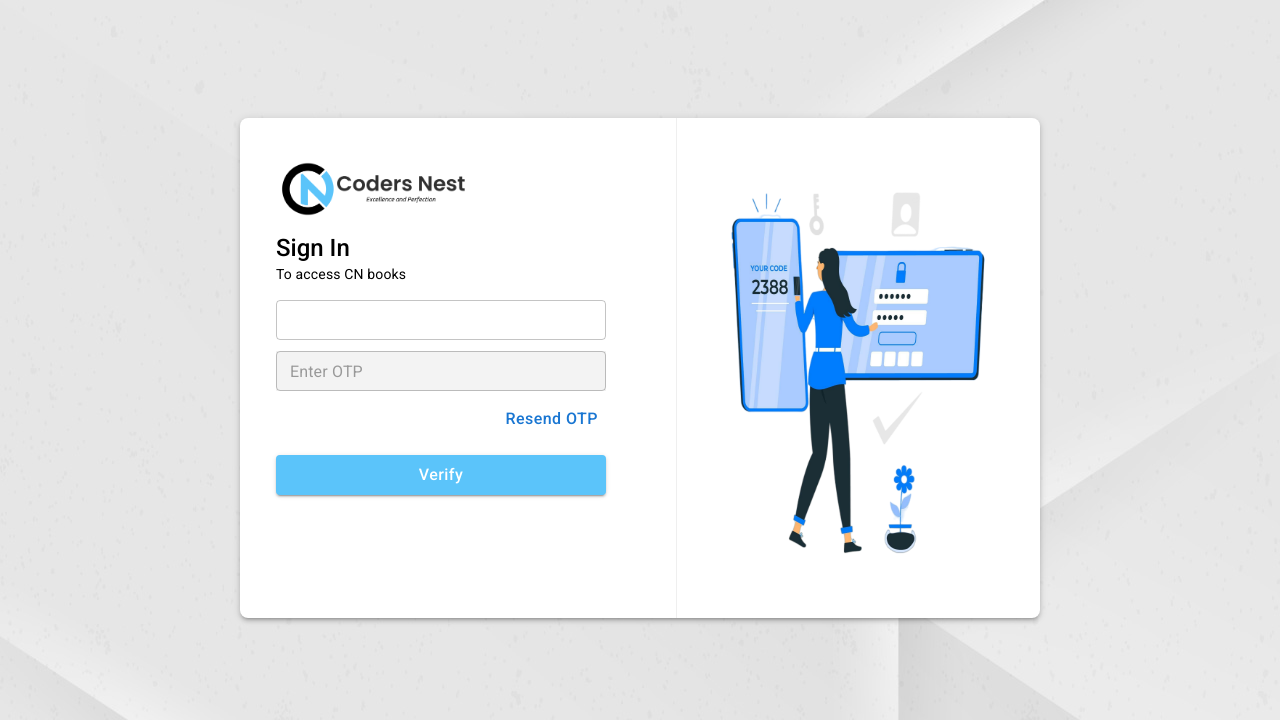
Repository: wajahadalishaik04/CN_Books
Page: /otpscreen
An editor plug-in stored every save of this project. The page is shown before and after the next save, followed by the edit.
The browser window is 1280 px wide. The pictures show the whole page.
The project was rebuilt for these pictures with package versions that can differ from the ones it lists, and the page was loaded fresh each time. Also part of the build but not shown: vite.config.js, src/pages/LoginScreen.jsx, src/pages/Signin.jsx, src/pages/SignUp.jsx, src/pages/VerifyScreen.jsx, src/components/Header.jsx, src/components/SideBar.jsx, src/components/Content.jsx and 7 more.

Above is the page before, as saved 2024-09-30 17:38:02.

### index.html
<!DOCTYPE html>
<html lang="en">
  <head>
    <meta charset="UTF-8" />
    <link rel="preconnect" href="https://fonts.googleapis.com" />
    <link rel="preconnect" href="https://fonts.gstatic.com" crossorigin />
    <link
      rel="stylesheet"
      href="https://fonts.googleapis.com/css2?family=Roboto:wght@300;400;500;700&display=swap"
    />

    <meta name="viewport" content="width=device-width, initial-scale=1.0" />
    <title>CN_BOOKS</title>
  </head>
  <body>

    <div id="root"></div>
    <script type="module" src="/src/main.jsx"></script>
  </body>
</html>

### src/main.jsx
import { createRoot } from 'react-dom/client'
import App from './App.jsx'
import { Provider } from 'react-redux'
import store from './store/store.js'
import './styles/index.css'
createRoot(document.getElementById('root')).render(
 <Provider store={store}>
   <App />
 </Provider>
)

### src/App.jsx
import React from "react";
import LoginScreen from "./pages/LoginScreen";
import { BrowserRouter, Routes, Route, Navigate } from "react-router-dom";
import Signin from "./pages/Signin";
import { useSelector } from "react-redux";
import OtpScreen from "./pages/OtpScreen";
import SignUp from "./pages/SignUp";
import VerifyScreen from "./pages/VerifyScreen";
import DashboardScreen from "./pages/DashboardScreen";
import SideBar from "./components/SideBar";
import Header from "./components/Header";
import Customer from "./pages/Customer";
import WrapComponent from "./pages/WrapComponent";
import Category from "./pages/Category";
import NewCustomer from "./pages/customerscreens/NewCustomer";

const App = () => {
  const { user } = useSelector((e) => e.userReducer);
  return (
    <>
      <BrowserRouter>
        <Routes>
          <Route element={<WrapComponent />}>
            <Route path="/dashboardscreen" element={<DashboardScreen />} />
            <Route path="/customer" element={<Customer />} />
            <Route path="/category" element={<Category />} />
            <Route path="/newcustomer" element={<NewCustomer />} />

          </Route>
          <Route
            path="/"
            element={<Navigate to={user ? "/signin" : "/LoginScreen"} />}
          />
          <Route
            path="/signin"
            element={user ? <Navigate to={"/dashboardscreen"} /> : <Signin />}
          />
          <Route path="/loginscreen" element={<LoginScreen />} />
          <Route path="/otpscreen" element={<OtpScreen />} />
          <Route path="/signup" element={<SignUp />} />
          <Route path="/verifyscreen" element={<VerifyScreen />} />
        </Routes>
      </BrowserRouter>
    </>
  );
};

export default App;

### src/store/store.js
import { configureStore } from "@reduxjs/toolkit";
import { userReducer } from "./reducer";

const store = configureStore({
    reducer:{userReducer}
})
export default store;

### src/styles/index.css
*
{
    margin: 0;
    padding: 0;
    border: none;

}
.img
{
    background-color: red;
    background-clip: content-box;
    -webkit-background-clip: content-box;
    visibility: hidden;
}

### src/pages/OtpScreen.jsx
import React, { useState, useEffect } from "react";
import {
  Box,
  Button,
  TextField,
  Typography,
  Snackbar,
  Alert,
  styled,
} from "@mui/material";
import { images } from "../utils/ImgUtils";
import { useLocation, useNavigate } from "react-router-dom";

const OtpScreen = () => {
  const [otp, setOtp] = useState(""); // Store entered OTP
  const [sentOtp, setSentOtp] = useState(""); // Store generated OTP
  const [error, setError] = useState(""); // Store error messages
  const [resendDisabled, setResendDisabled] = useState(false); // Timer control for Resend OTP button
  const [snackbarOpen, setSnackbarOpen] = useState(false); // Snackbar control
  const [snackbarMessage, setSnackbarMessage] = useState(""); // Snackbar message
  const [timer, setTimer] = useState(0); // Timer state for Resend button

  const navigate = useNavigate();
  const location = useLocation();
  const { emailMobile } = location.state || {};

  // Styled Resend Button
  const ResendOtp = styled(Button)({
    textTransform: "none",
    fontSize: "1rem",
  });

  // Function to generate OTP
  const generateOtp = () => {
    const randomOtp = Math.floor(100000 + Math.random() * 900000).toString(); // Generate a 6-digit OTP
    setSentOtp(randomOtp); // Store the OTP
    return randomOtp;
  };

  // Function to show snackbar
  const handleSnackbarOpen = (message) => {
    setSnackbarMessage(message);
    setSnackbarOpen(true);
  };

  const handleSnackbarClose = () => {
    setSnackbarOpen(false);
  };

  // Function to send OTP (called on "Sent" button click)
  const sendOtp = () => {
    const otp = generateOtp(); // Generate OTP locally
    handleSnackbarOpen(`OTP: ${otp}`); // Show OTP in snackbar
  };

  // Resend OTP with 30-second timer
  const handleResendOtp = () => {
    sendOtp(); // Generate and display the OTP
    setResendDisabled(true);
    setTimer(30); // Set the countdown timer to 30 seconds
  };

  // Timer countdown for the Resend button
  useEffect(() => {
    if (timer > 0) {
      const countdown = setInterval(() => {
        setTimer((prev) => prev - 1);
      }, 1000);

      return () => clearInterval(countdown);
    } else {
      setResendDisabled(false); // Enable the Resend button after timer ends
    }
  }, [timer]);

  // Handle OTP submission and verification
  const handleSubmit = () => {
    if (!otp) {
      setError("OTP is required."); // Show error if no OTP is entered
    } else if (otp !== sentOtp) {
      setError("Invalid OTP. Please try again.");
    } else {
      setError(""); // Clear error on successful OTP
      navigate("/dashboardscreen"); // Navigate to the next screen
    }
  };

  return (
    <Box
      display="flex"
      justifyContent="center"
      alignItems="center"
      width="100%"
      height="100vh"
      sx={{ backgroundImage: "url(/images/BackgroundImg.jpeg)" }}
    >
      <Box
        display="flex"
        bgcolor="#fff"
        boxShadow={3}
        marginTop={2}
        borderRadius="8px"
        overflow="hidden"
        width="800px"
        height="500px"
      >
        {/* Left Side - OTP Form */}
        <Box flex={1} p={4.5} mt={1} component={"form"}>
          <Box flex={1} sx={{ width: "330px" }}>
            <Box display="flex" justifyContent="space-between" alignItems="center">
              <img src={images.codersnestLogo} alt="Logo" style={{ width: 200 }} />
            </Box>
            <Typography variant="h5" fontWeight={500} mt={2}>
              Sign In
            </Typography>
            <Typography variant="body2" color="default" mb={2}>
              To access CN books
            </Typography>

            <TextField
              sx={{ marginBottom: 1.4 }}
              size="small"
              fullWidth
              defaultValue={emailMobile}
              InputProps={{ readOnly: true }} // Read-only input for email/mobile
            />

            <TextField
              size="small"
              type="text"
              placeholder="Enter OTP"
              fullWidth
              value={otp}
              onChange={(e) => setOtp(e.target.value)}
              sx={{
                fontWeight: "500",
                backgroundColor: "#F3F3F3",
                "&:hover": {
                  backgroundColor: "#FFF",
                },
                "& .MuiOutlinedInput-root": {
                  "&.Mui-focused": {
                    backgroundColor: "#EBF9FF",
                    borderColor: "#5BC4FA",
                  },
                },
              }}
              error={!!error} // Show error if there is any
              helperText={error}
            />

            {/* Resend OTP button with timer */}
            <Box sx={{ display: "flex", justifyContent: "flex-end", mt: 1 }}>
              <ResendOtp onClick={handleResendOtp} disabled={resendDisabled}>
                Resend OTP {resendDisabled && `(${timer}s)`}
              </ResendOtp>
            </Box>

            {/* Verify Button */}
            <Button
              onClick={handleSubmit}
              variant="contained"
              fullWidth
              sx={{
                backgroundColor: "#5BC4FA",
                mt: 2,
                textTransform: "none",
                fontSize: "1rem",
              }}
            >
              Verify
            </Button>

            {/* Snackbar for OTP display */}
            <Snackbar
              open={snackbarOpen}
              autoHideDuration={3000}
              onClose={handleSnackbarClose}
              anchorOrigin={{ vertical: "top", horizontal: "center" }}
            >
              <Alert onClose={handleSnackbarClose} severity="info" sx={{ width: "100%" }}>
                {snackbarMessage}
              </Alert>
            </Snackbar>
          </Box>
        </Box>
        <Box sx={{ borderRight: "1.5px solid #EFEFEF" }}></Box>

        {/* Right Side - Illustration Image */}
        <Box
          flex={1}
          display="flex"
          justifyContent="center"
          alignItems="center"
          sx={{ display: { xs: "none", sm: "flex" } }}
        >
          <img src={images.otpImg} alt="Illustration" width="100%" height="100%" objectFit />
        </Box>
      </Box>
    </Box>
  );
};

export default OtpScreen;

### src/store/reducer.js
import { createReducer } from "@reduxjs/toolkit";

export const userReducer = createReducer({user:null},(builder)=>
{
    builder.addCase("loginUser",(state,action)=>
    {
        state.user = action.payload
    })
})

### src/utils/ImgUtils.js
export const images ={
    backgroundImg:"./images/BackgroundImg.jpeg",
    codersnest:"./images/codersnest.png",
    codersnestLogo:"./images/codersnest1.png",
    loginImg:"./images/login_illustration.png",
    otpImg:"./images/otpImg.png",
    signupImg:"./images/signup.png",
    googleicon:"./images/google-color-icon.png",
    facebookicon:"./images/facebook-round-color-icon.png",
    linkedinicon:"./images/linkedin-app-icon.png",
    xicon:"./images/x-social-media-round-icon.png",
    officemanImg:"./images/officeman.png",
    appleicon:"./images/apple.png",
    windowsicon:"./images/windows.png",
    Arrowdownicon:"./images/Arrowdown.png",
    Customericon:"./images/Customer.png",
    Addressicon:"./images/Address.png",
    Passwordicon:"./images/Password.png",
    Accounticon:"./images/Account.png",
    Logouticon:"./images/Logout.png",
    dashboardwhiteicon:"./images/DashboardWhiteIcon.png",
    dashboardicon:"./images/DashboardIcon.png",
    groupcustomericon:"./images/GroupCustomerIcon.png",
    groupcustomerwhiteicon:"./images/GroupCustomerWhiteIcon.png",
    categoryicon:"./images/categoryicon.png",
    categorywhiteicon:"./images/CategoryWhiteIcon.png",
    editicon:"./images/EditIcon.png",
    binicon:"./images/EditIcon.png",
    editicon:"./images/BinIcon.png",
    hiddenicon:"./images/HiddenIcon.png",
    verticaldoticon:"./images/VerticalDots.png",
    dollararrowicon:"./images/dollarArrow.png",
    doticon:"./images/dotIcon.png"
}

After the next save:
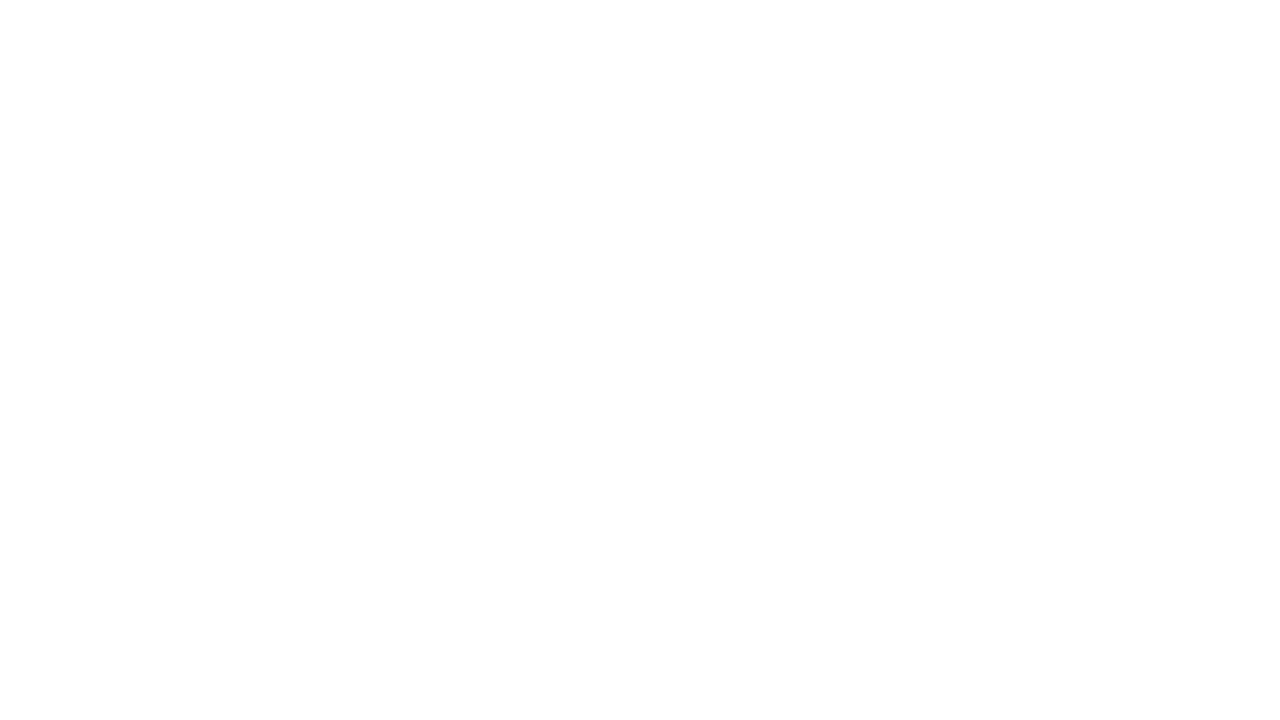
Console error: ReferenceError: successSnackbarOpen is not defined
Saved 12 min 49 s later.
--- a/src/pages/OtpScreen.jsx
+++ b/src/pages/OtpScreen.jsx
@@ -182,6 +182,18 @@ const OtpScreen = () => {
                 {snackbarMessage}
               </Alert>
             </Snackbar>
+                        {/* Success Snackbar for OTP verification */}
+                        <Snackbar
+              open={successSnackbarOpen}
+              autoHideDuration={3000}
+              onClose={handleSuccessSnackbarClose}
+              anchorOrigin={{ vertical: "top", horizontal: "center" }}
+            >
+              <Alert onClose={handleSuccessSnackbarClose} severity="success" sx={{ width: "100%" }}>
+                Sign in was successfully completed!
+              </Alert>
+            </Snackbar>
+
           </Box>
         </Box>
         <Box sx={{ borderRight: "1.5px solid #EFEFEF" }}></Box>

After the 2 saves that followed:
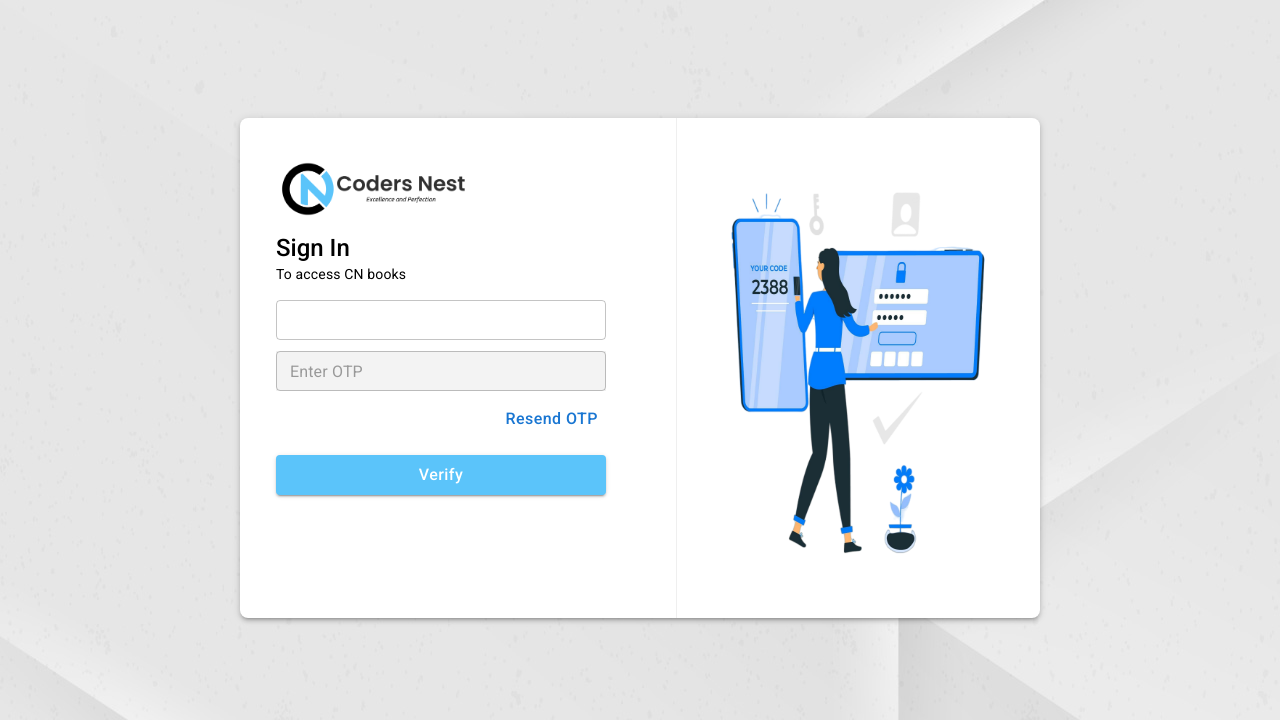
The error is gone.
The 2 saves are shown as one change because 1 left the picture as it was.
The last was saved 3 min 24 s later.
--- a/src/pages/OtpScreen.jsx
+++ b/src/pages/OtpScreen.jsx
@@ -19,6 +19,7 @@ const OtpScreen = () => {
   const [snackbarOpen, setSnackbarOpen] = useState(false); // Snackbar control
   const [snackbarMessage, setSnackbarMessage] = useState(""); // Snackbar message
   const [timer, setTimer] = useState(0); // Timer state for Resend button
+  const [successSnackbarOpen, setSuccessSnackbarOpen] = useState(false); // Success message control
 
   const navigate = useNavigate();
   const location = useLocation();
@@ -45,6 +46,14 @@ const OtpScreen = () => {
 
   const handleSnackbarClose = () => {
     setSnackbarOpen(false);
+  };
+  // Function to show success snackbar
+  const handleSuccessSnackbarOpen = () => {
+    setSuccessSnackbarOpen(true);
+  };
+
+  const handleSuccessSnackbarClose = () => {
+    setSuccessSnackbarOpen(false);
   };
 
   // Function to send OTP (called on "Sent" button click)
